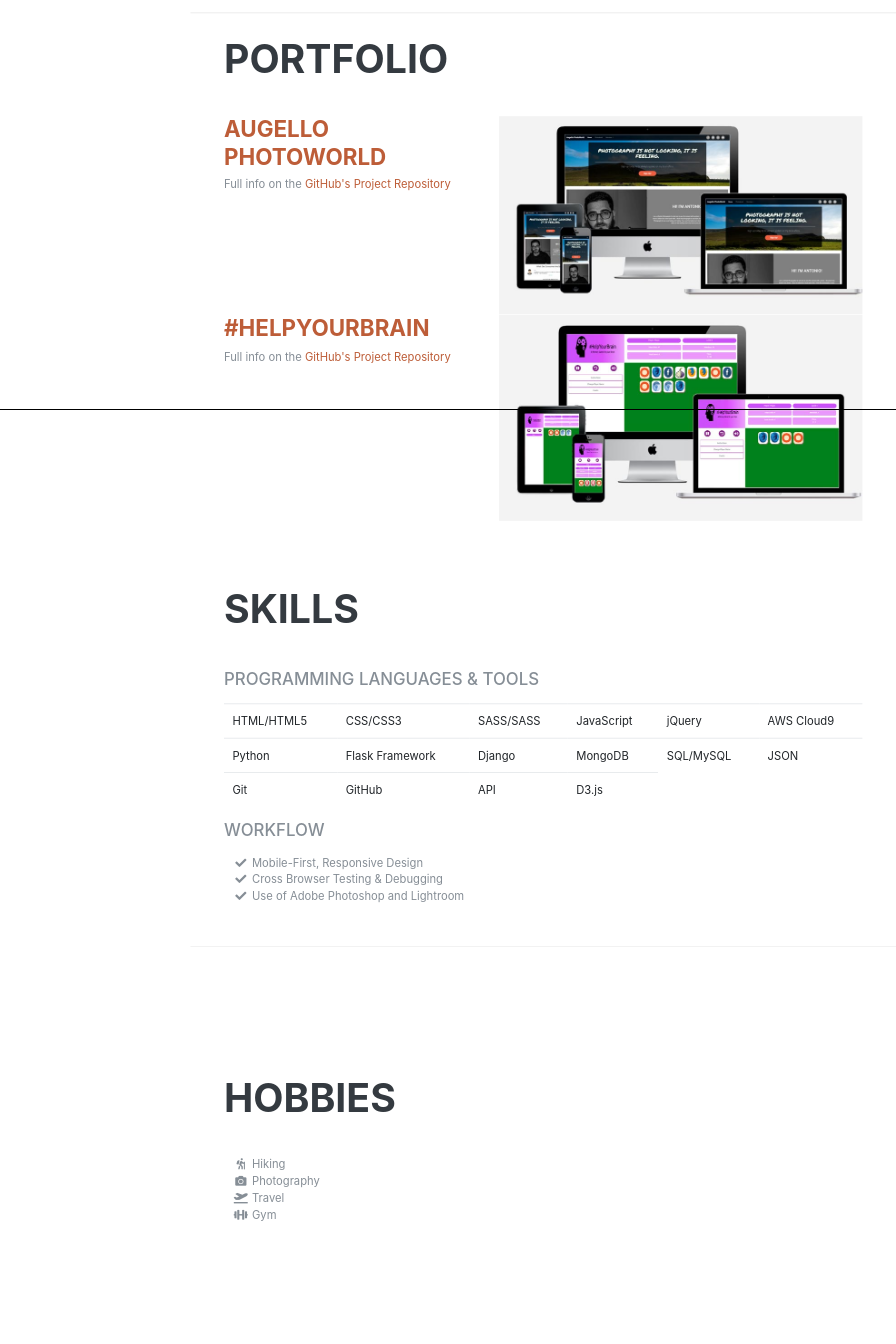
Repository: gello94/antonio_augello_online_Resume
Page: http://localhost/
The author's editor kept a record of every edit. The page is drawn from the files as they stood at one moment, then again after the next edit.
The browser window is 1280 px wide. The pictures show the part of the page from y = 2320 to 4240 px (the page is 4249 px tall before and 4105 px after), at 70% of full size.
Some web fonts or font styles are not loaded; a fallback is used. The page is served by the project's application, run on Flask 3 (run.py). Other server files are loaded and not shown.

Above is the page before.

### templates/index.html
<!DOCTYPE html>
<html lang="en">

<head>

  <meta charset="utf-8">
  <meta name="viewport" content="width=device-width, initial-scale=1, shrink-to-fit=no">
  <meta name="description" content="">
  <meta name="author" content="">

  <title>Resume - Start Bootstrap Theme</title>

  <!-- Bootstrap core CSS -->
  <link href="{{ url_for('static', filename='vendor/bootstrap/css/bootstrap.min.css')}}" rel="stylesheet">

  <!-- Custom fonts for this template -->
  <link href="https://fonts.googleapis.com/css?family=Saira+Extra+Condensed:500,700" rel="stylesheet">
  <link href="https://fonts.googleapis.com/css?family=Muli:400,400i,800,800i" rel="stylesheet">
  <link href="{{ url_for('static', filename='vendor/fontawesome-free/css/all.min.css')}}" rel="stylesheet">

  <!-- Custom styles for this template -->
  <link href="{{ url_for('static', filename='css/resume.min.css')}}" rel="stylesheet">
  <link href="{{ url_for('static', filename='css/main.css')}}" rel="stylesheet">

</head>

<body id="page-top">

  <nav class="navbar navbar-expand-lg navbar-dark bg-primary fixed-top" id="sideNav">
    <a class="navbar-brand js-scroll-trigger" href="#page-top">
      <span class="d-block d-lg-none">Antonio Augello</span>
      <span class="d-none d-lg-block">
        <img class="img-fluid img-profile rounded-circle mx-auto mb-2" src="static/img/img_profile.jpg" alt="Profile Image">
      </span>
    </a>
    <button class="navbar-toggler" type="button" data-toggle="collapse" data-target="#navbarSupportedContent" aria-controls="navbarSupportedContent" aria-expanded="false" aria-label="Toggle navigation">
      <span class="navbar-toggler-icon"></span>
    </button>
    <div class="collapse navbar-collapse" id="navbarSupportedContent">
      <ul class="navbar-nav">
        <li class="nav-item">
          <a class="nav-link js-scroll-trigger" href="#about">About</a>
        </li>

        <li class="nav-item">
          <a class="nav-link js-scroll-trigger" href="#education">Education</a>
        </li>
        <li class="nav-item">
          <a class="nav-link js-scroll-trigger" href="#experience">Experience</a>
        </li>
        <li class="nav-item">
          <a class="nav-link js-scroll-trigger" href="#skills">Skills</a>
        </li>
        <li class="nav-item">
          <a class="nav-link js-scroll-trigger" href="#interests">Interests</a>
        </li>
      </ul>
    </div>
  </nav>

  <div class="container-fluid p-0">

    <!-- Header -->
    <section class="resume-section p-3 p-lg-5 d-flex align-items-center" id="about">
      <div class="w-100">
        <h1 class="mb-0">Antonio
          <span class="text-primary">Augello</span>
        </h1>
        <div class="subheading mb-5">62 Fisherman's Quay, Grove Island, Co. Limerick · (+353) 85285293 ·
          <a href="mailto:name@email.com">toni.gello94@gmail.com</a>
        </div>
        <p class="lead mb-5">Working as a Nurse, currently studying at Code Institute to be a Full Stack Software Web Developer, passionate about Web Software Development and UX/UI. Photographer as hobbyist with Knowledge of Adobe Photoshop and Adobe Lightroom. My actual
          goal is to be a Full Stack Wed Developer following my passion that i grow since I was a kid</p>
        <div class="social-icons">
          <a href="https://www.linkedin.com/in/antonio-augello-aba83911a/">
            <i class="fab fa-linkedin-in"></i>
          </a>
          <a href="https://github.com/gello94">
            <i class="fab fa-github"></i>
          </a>
        </div>
      </div>
    </section>
    <!-- /Header -->

    <hr class="m-0">

    <!-- Education Section -->
    <section class="resume-section p-3 p-lg-5 d-flex align-items-center" id="education">
      <div class="w-100">
        <h2 class="mb-5">Education</h2>

        <div class="resume-item d-flex flex-column flex-md-row justify-content-between mb-5">
          <div class="resume-content">
            <h3 class="mb-0">Code Institute</h3>
            <div class="subheading mb-3">Full Stack Diploma in Software Development</div>
            <div>Modules: </div>
            <p>HTML Fundamentals ~ CSS Fundamentals~ JavaScript Fundamentals ~ Python Fundamentals ~Practical Python ~User Centric Frontend Development~ Interactive Centric Frontend Development </p>
          </div>
          <div class="resume-date text-md-right">
            <span class="text-primary">August 2018 - Present</span>
          </div>
        </div>

        <div class="resume-item d-flex flex-column flex-md-row justify-content-between">
          <div class="resume-content">
            <h3 class="mb-0">University of Studies "G. D'Annunzio" of Chieti</h3>
            <div class="subheading mb-3">Nursing Degree </div>
          </div>
          <div class="resume-date text-md-right">
            <span class="text-primary">September 2013 - July 2016</span>
          </div>
        </div>
      </div>
    </section>
    <!-- /Education Section -->

    <hr class="m-0">

    <!-- Experience Section -->
    <section class="resume-section p-3 p-lg-5 d-flex justify-content-center" id="experience">
      <div class="w-100">
        <h2 class="mb-5">Experience</h2>

        <div class="resume-item d-flex flex-column flex-md-row justify-content-between mb-5">
          <div class="resume-content">
            <h3 class="mb-0">HDU Staff Nurse </h3>
            <div class="subheading mb-3">High Dependency Unit - University Hospital Limerick </div>
            <div>Main Role and Responsibilities: </div>
            <ul>
              <li>Maintain the prepared standard protocol of asepsis strictly.</li>
              <li>Check all electrical points, pipe line 02, in built suckers for proper working condition. </li>
              <li>Communicate with concerned person for proper maintenance of unit. </li>
              <li>Prepare the drugs, crash trolley, etc. properly. </li>
              <li>Check Oxygen, Carbon dioxide, Nitrous Oxide etc. for proper use. </li>
              <li>Check monitor, ventilator, all life saving gadgets for proper working condition. </li>
              <li>Provide special care to the patient guided by the Medical Officer e.g. endo-trachial suction. </li>
            </ul>

          </div>
          <div class="resume-date text-md-right">
            <span class="text-primary">June 2017 - January 2019</span>
          </div>
        </div>

        <div class="resume-item d-flex flex-column flex-md-row justify-content-between mb-5">
          <div class="resume-content">
            <h3 class="mb-0">Orthopedic Staff Nurse </h3>
            <div class="subheading mb-3">Croom Hospital - University Hospital Limerick </div>
            <div>Main Role and Responsibilities: </div>
            <ul>
              <li>Manage post operative pain and surgical site.</li>
              <li>Assess patient's condition and monitor post-surgical recover. </li>
              <li>Implement post-surgical treatment plan and provide detailed report to medical/ nurse for patient transfer/admission. </li>
              <li>Identify/Initiate emergent situations and procedures. </li>
              <li>Provide patient care according to the hospital processes, policies and procedures. </li>
              <li> Recognize clinical abnormalities then communicated with anesthesiologist in reference to diagnosing and treating of clinical problems. </li>
              <li> Ensure care provided is in accordance with standards established by the HSE, NMBI, HIQA, and other regulatory agencies. </li>
              <li>Provide acute care for post-operative patients recovering from anesthesia in POCU.</li>
              <li>Educate and support patient and family on care of patient.</li>
            </ul>

          </div>
          <div class="resume-date text-md-right">
            <span class="text-primary">January 2019 - Present</span>
          </div>
        </div>

      </div>

    </section>
    <!-- /Experience Section -->

    <hr class="m-0">

    <!-- Portfolio Section -->
    <section class="resume-section p-3 p-lg-5 d-flex align-items-center" id="skills">
      <div class="w-100">
        <h2 class="mb-5">Portfolio</h2>

        <!-- Portfolio Grid Items -->
        <div class="row">

          <!--Portfolio 1-->
          <div class="portfolio-section">
            <div class="col-12">
              <div class="row">
                <div class="col-xs-12 col-md-5">
                  <div class="portfolio-head">
                    <h3><a href="https://gello94.github.io/first-milestone-antonio/" target="_blank">Augello PhotoWorld</a></h3>
                  </div>
                  <div class="info_project">
                    <p>Full info on the <a href="https://github.com/gello94/first-milestone-antonio">GitHub's Project Repository</a></p>
                  </div>
                </div>
                <div class="col-xs-12 col-md-7">
                  <div class="Portfolio-body">
                    <img class="img-fluid img_portfolio" src="static/img/project1.jpg" alt="Project 1">
                  </div>
                </div>
              </div>
            </div>
          </div>

          <hr class="m-0">

          <!--Portfolio 2-->
          <div class="portfolio-section">
            <div class="col-12">
              <div class="row">
                <div class="col-xs-12 col-md-5">
                  <div class="portfolio-head">
                    <h3><a href="https://gello94.github.io/second-milestone-antonio/" target="_blank">#HELPYOURBRAIN</a></h3>
                  </div>
                  <div class="info_project">
                    <p>Full info on the <a href="https://github.com/gello94/second-milestone-antonio">GitHub's Project Repository</a></p>

                  </div>
                </div>
                <div class="col-xs-12 col-md-7">
                  <div class="Portfolio-body">
                    <img class="img-fluid img_portfolio" src="static/img/project2.jpg" alt="Project 1">
                  </div>
                </div>
              </div>

            </div>
          </div>

          <!-- /.row -->

        </div>
    </section>


    <!-- Skills Section -->
    <section class="resume-section p-3 p-lg-5 d-flex align-items-center" id="skills">
      <div class="w-100">
        <h2 class="mb-5">Skills</h2>

        <div class="subheading mb-3">Programming Languages &amp; Tools</div>
        <table class="table">
          <thead>

          </thead>
          <tbody>
            <tr>
              <td>HTML/HTML5</td>
              <td>CSS/CSS3</td>
              <td>SASS/SASS</td>
              <td>JavaScript</td>
              <td>jQuery</td>
              <td>AWS Cloud9</td>
            </tr>
            <tr>
              <td>Python</td>
              <td>Flask Framework</td>
              <td>Django</td>
              <td>MongoDB</td>
              <td>SQL/MySQL</td>
              <td>JSON</td>
            </tr>
            <tr>
              <td>Git</td>
              <td>GitHub</td>
              <td>API</td>
              <td>D3.js</td>
            </tr>
          </tbody>
        </table>
        </ul>

        <div class="subheading mb-3">Workflow</div>
        <ul class="fa-ul mb-0">
          <li>
            <i class="fa-li fa fa-check"></i> Mobile-First, Responsive Design</li>
          <li>
            <i class="fa-li fa fa-check"></i> Cross Browser Testing &amp; Debugging</li>
          <li>
            <i class="fa-li fa fa-check"></i> Use of Adobe Photoshop and Lightroom</li>
        </ul>
      </div>

    </section>

    <hr class="m-0">

    <!-- Hobbies Section -->
    <section class="resume-section p-3 p-lg-5 d-flex align-items-center" id="interests">
      <div class="w-100">
        <h2 class="mb-5">Hobbies</h2>
        <div class="subheading mb-3"></div>
        <ul class="fa-ul mb-0">
          <li>
            <i class="fa-li fa fa-hiking"></i> Hiking
          </li>
          <li>
            <i class="fa-li fa fa-camera"></i> Photography
          </li>
          <li>
            <i class="fa-li fa fa-plane-departure"></i> Travel
          </li>
          <li>
            <i class="fa-li fa fa-dumbbell"></i> Gym </li>
        </ul>
      </div>
    </section>
    <!-- /Hobbies Section -->

    </div>

    <!-- Bootstrap core JavaScript -->
    <script src="{{ url_for('static', filename='vendor/jquery/jquery.min.js')}}"></script>
    <script src="{{ url_for('static', filename='vendor/bootstrap/js/bootstrap.bundle.min.js')}}"></script>

    <!-- Plugin JavaScript -->
    <script src="{{ url_for('static', filename='vendor/jquery-easing/jquery.easing.min.js')}}"></script>

    <!-- Custom scripts for this template -->
    <script src="{{ url_for('static', filename='js/resume.min.js')}}"></script>

</body>

</html>

### run.py
import os
from flask import Flask, render_template

app = Flask(__name__)
app.secret_key = "some_secret"

@app.route('/')
def index():
    return render_template("index.html")


if __name__ == '__main__':
    app.run(host=os.environ.get('IP'),
            port=int(os.environ.get("PORT")),
            debug=True)

### static/css/main.css
#sideNav .navbar-brand .img-profile {
    border: 0px;
}

#sideNav .navbar-brand .img-profile:hover:active {

    -ms-transform: scale(1.5, 1.5);
    /* IE 9 */
    -webkit-transform: scale(1.5, 1.5);
    /* Safari 3-8 */
    transform: scale(1.5, 1.5);
    margin-bottom: 15px;
}

@media (min-width: 992px) {
    #sideNav .navbar-brand {

        padding-bottom: 1.5rem;
    }
}

.d-block .d-lg-none {
    padding-bottom: 15px;
}

.bg-primary {
    background-color: #ea5914!important;
}

.text-primary {
    color: #ea5914!important;
}

@media (min-width: 768px) {
    section.resume-section {
        min-height: 80vh!important;
    }
}

@media (min-width: 992px) {
    section.resume-section {
        padding-top: 2rem!important;
        padding-bottom: 2rem!important;
    }
}

.img_portfolio {
  height: auto;
  max-height: 75%;
  width: auto;
  max-width: 100%;
}

.portfolio-row {
    padding: 10px;
}

Loaded but not shown: static/css/resume.min.css (library); static/js/resume.min.js (common file)

After the next edit:
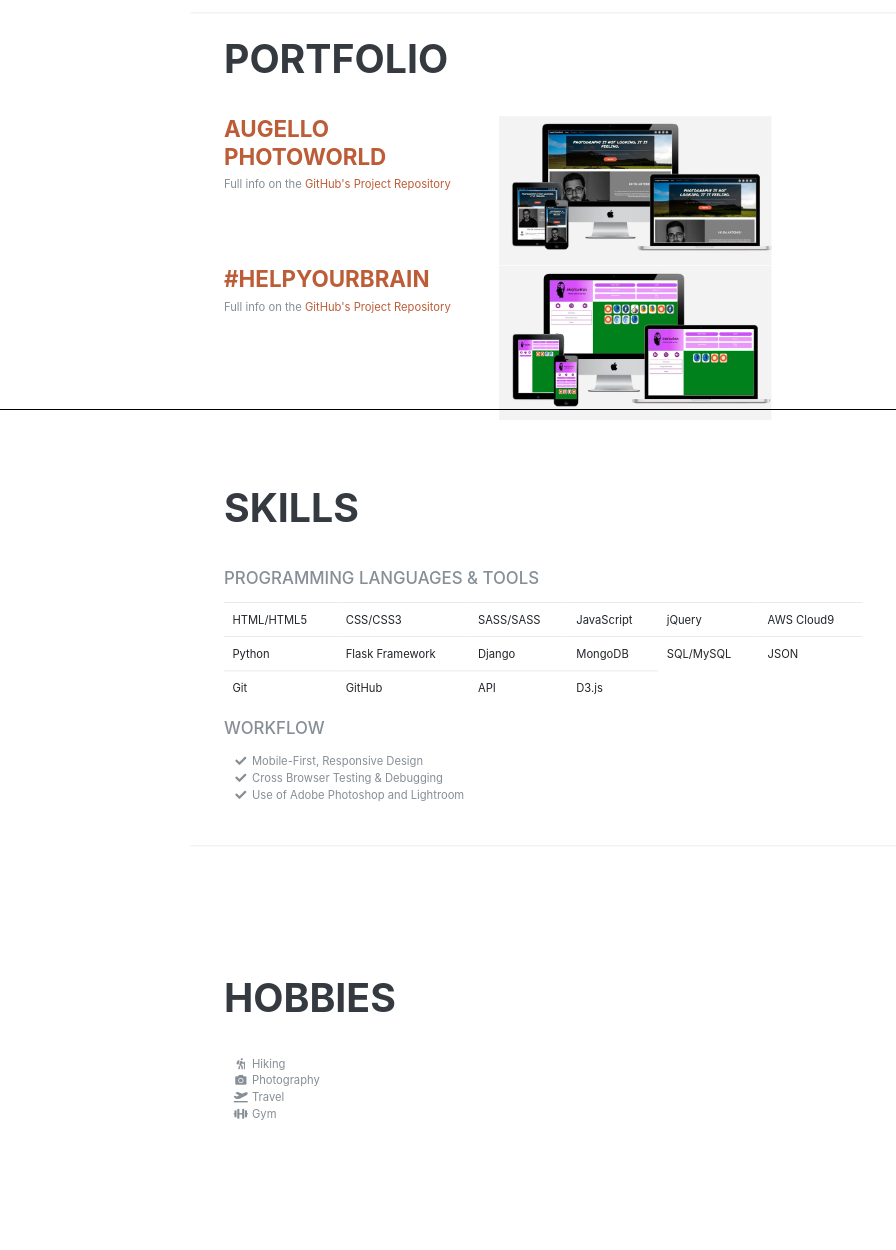
The edit:
--- a/static/css/main.css
+++ b/static/css/main.css
@@ -48,7 +48,7 @@
   height: auto;
   max-height: 75%;
   width: auto;
-  max-width: 100%;
+  max-width: 75%;
 }
 
 .portfolio-row {
